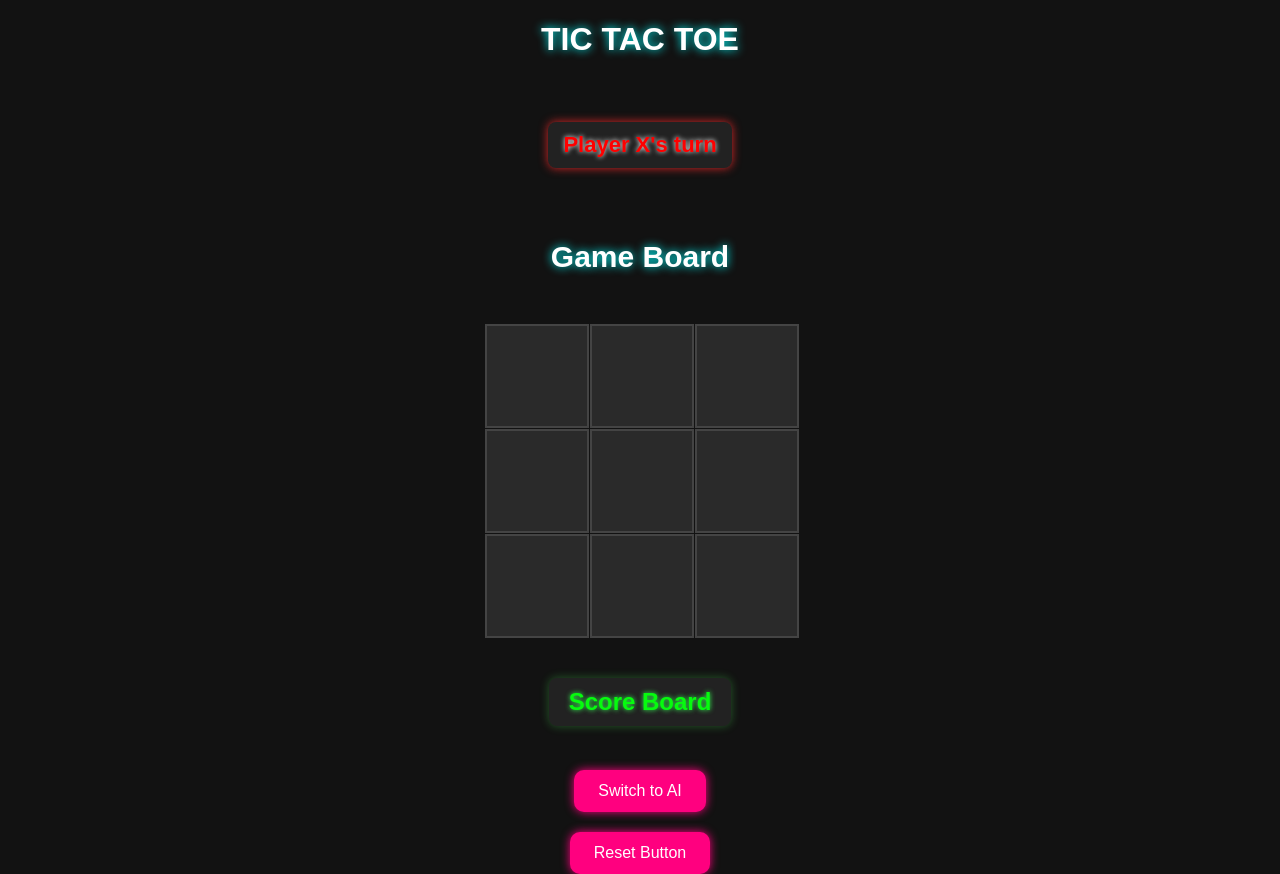
Repository: Yash19075/TicTacToe-game
Page: TicTacToe.html
The author's editor kept a copy of each file at every save. The page is drawn from the files as they stood at one save, then again after the next save.
The browser window is 1280 px wide. The pictures show the whole page.

Above is the page before, as saved 2025-03-09 11:20:08.

After the next save:
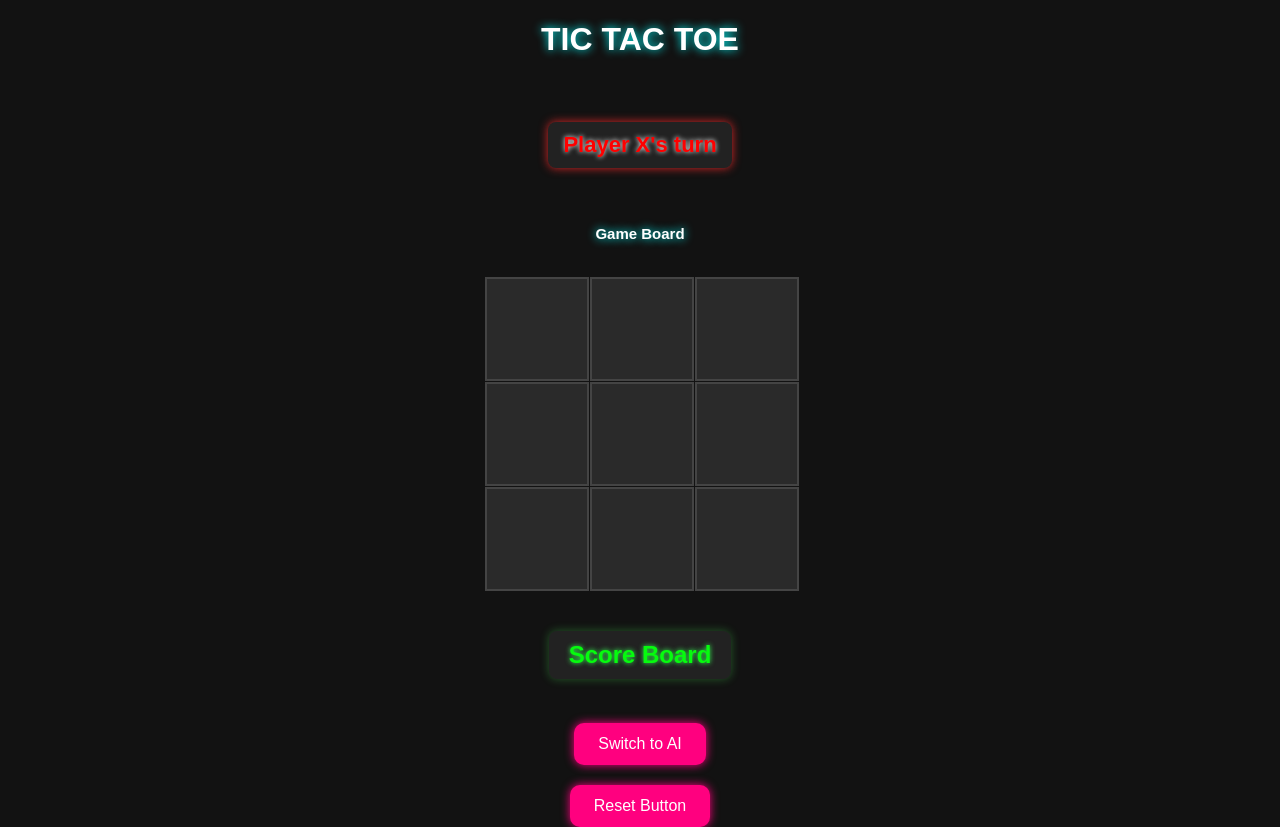
Saved 6 s later.
--- a/TicTacToe.css
+++ b/TicTacToe.css
@@ -95,5 +95,5 @@ h1 {
     font-weight: bold;
     color: white;
     text-shadow: 0 0 10px #00ffff;
-    font-size: 30px;
+    font-size: 15px;
 }
